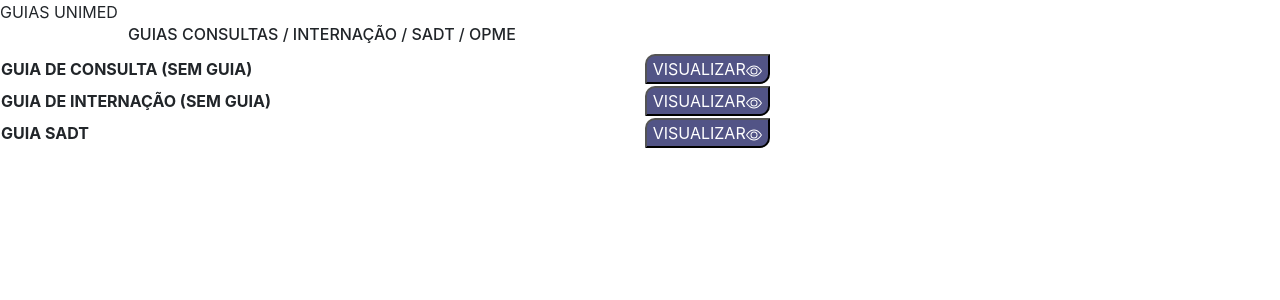
Repository: Leandromarim/INTRANET_PARTICULAR
Page: guiasUnimed.html
An editor plug-in stored every save of this project. The page is shown before and after the next save, followed by the edit.
The browser window is 1280 px wide. The pictures show the whole page.

Above is the page before, as saved 2021-12-29 14:15:09.
Not found: ajax.js

After the next save:
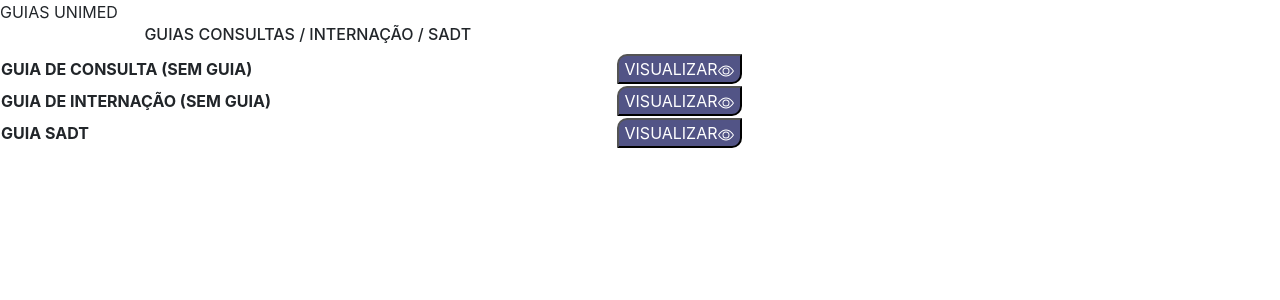
Saved 9 s later.
--- a/guiasUnimed.html
+++ b/guiasUnimed.html
@@ -26,7 +26,7 @@
             <table class="col-sm-6 col-lg-8">
                 <thead>
                     <th class="titulo-setor" colspan="2">
-                        <h6>GUIAS CONSULTAS / INTERNAÇÃO / SADT / OPME</h6>
+                        <h6>GUIAS CONSULTAS / INTERNAÇÃO / SADT</h6>
                     </th>
                 </thead>
                 <tbody class="col-sm-6 col-lg-8">
